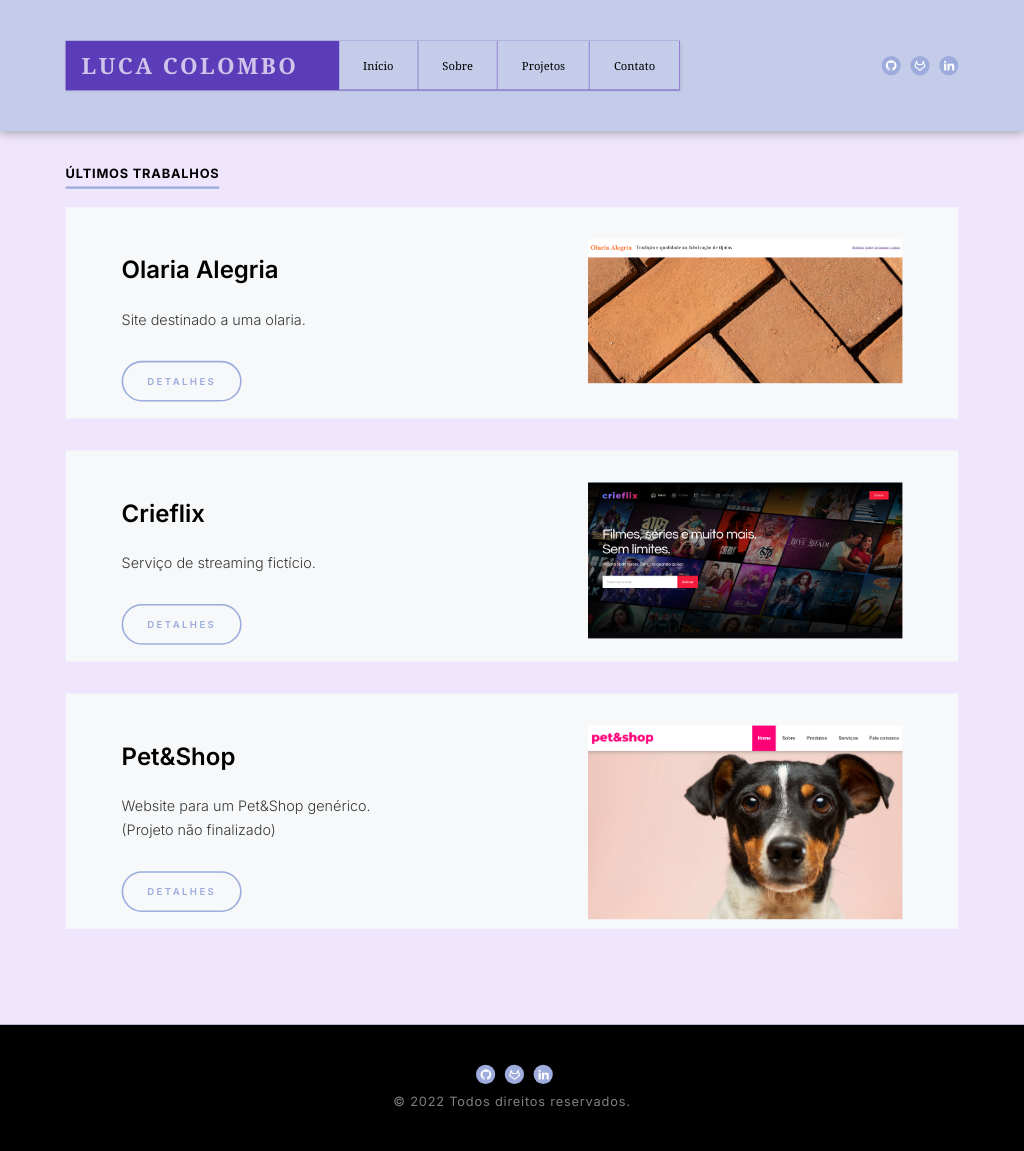
Repository: lxcxcxlxmb/portfolio
Page: projetos.html
The author's editor kept a copy of each file at every save. The page is drawn from the files as they stood at one save, then again after the next save.
The browser window is 1280 px wide. The pictures show the whole page, at 80% of full size.

Above is the page before, as saved 2022-05-25 23:03:50.

### projetos.html
<!doctype html>
<html lang="pt-BR">

<head>
  <!-- Required meta tags -->
  <meta charset="utf-8">
  <meta name="viewport" content="width=device-width, initial-scale=1">
  <!-- Google Fots -->
  <link rel="preconnect" href="https://fonts.googleapis.com">
  <link rel="preconnect" href="https://fonts.gstatic.com" crossorigin>
  <link href="https://fonts.googleapis.com/css2?family=Inter:wght@100;200;300;400;500;600;700;800;900&display=swap"
    rel="stylesheet">
  <!-- Remixicon Icon -->
  <link href="https://cdn.jsdelivr.net/npm/remixicon@2.5.0/fonts/remixicon.css" rel="stylesheet">
  <!-- Remixicon Icon -->
  <!-- Bootstrap CSS -->
  <link href="https://cdn.jsdelivr.net/npm/bootstrap@5.0.2/dist/css/bootstrap.min.css" rel="stylesheet"
    integrity="sha384-EVSTQN3/azprG1Anm3QDgpJLIm9Nao0Yz1ztcQTwFspd3yD65VohhpuuCOmLASjC" crossorigin="anonymous">
  <link href="https://unpkg.com/aos@2.3.1/dist/aos.css" rel="stylesheet">
  <!-- Main CSS -->
  <link href="styles.css" rel="stylesheet">
  <link rel="stylesheet" href="reset.css">
  <link type="image/svg" sizes="16x16" rel="icon" href="euicon.png">

  <title>projetos</title>
</head>

<body>

  <!-- header -->
  <header class="ds-header" id="site-header">
    <div class="container">
      <div class="ds-header-inner">
        <!-- logo -->
        <a href="index.html" class="ds-logo">
          <span>L</span>Luca Colombo
        </a>
        <!-- logo -->
        <!--<div>
                <nav>
                    <ul>
                      <li class="ds-navbar"><a href="index.html" class="activ">Início</a></li>
                      <li class="ds-navbar"><a href="sobre.html" class="inactiv">Sobre</a></li>
                      <li class="ds-navbar"><a href="projetos.html" class="inactiv">Projetos</a></li>
                      <li class="ds-navbar"><a href="contato.html" class="inactiv">Fale comigo</a></li>
                    </ul>
                </nav>
            </div>-->
        <div class="header">
          <a href="index.html" class="logo">Luca Colombo</a>
          <input class="menu-btn" type="checkbox" id="menu-btn" />
          <label class="menu-icon" for="menu-btn"><span class="navicon"></span></label>
          <ul class="menu">
            <li><a href="index.html">Início</a></li>
            <li><a href="sobre.html">Sobre</a></li>
            <li><a href="projetos.html">Projetos</a></li>
            <li><a href="contato.html">Contato</a></li>
          </ul>
        </div>
        <!-- social -->
        <ul class="ds-social">
          <li><a href="https://github.com/lxcxcxlxmb" target="_blank"><i class="ri-github-fill"></i></a></li>
          <li><a href="https://gitlab.com/lxcxcxlxmbx" target="_blank"><i class="ri-gitlab-line"></i></a></li>
          <li><a href="https://www.linkedin.com/in/luca--colombo/" target="_blank"><i class="ri-linkedin-fill"></i></a>
          </li>
        </ul>
              <!-- social -->
      </div>
    </div>
  </header>
  <!--  Work -->
  <br>
  <br>
  <div class="ds-work-section">
    <div class="container">
      <h2 class="ds-headingproj">Últimos trabalhos</h2>
      <div class="ds-work-list-section">
        <div class="ds-work-list">
          <div class="row">
            <div class="col-12 col-sm-12 col-md-7 col-lg-7 col-xl-7 col-xxl-7">
              <section>
                <h3 class="ds-work-tilte">Olaria Alegria</h3>
                <p>Site destinado a uma olaria. </p>
                <a href="http://177.44.248.48/olaria/" class="ds-button">Detalhes</a>
                <br>
                <br>
              </section>
            </div>
            <div class="col-12 col-sm-12 col-md-5 col-lg-5 col-xl-5 col-xxl-5">
              <figure><img src="olaria.png"></figure>
            </div>
          </div>
        </div>
        <div class="ds-work-list">
          <div class="row">
            <div class="col-12 col-sm-12 col-md-7 col-lg-7 col-xl-7 col-xxl-7">
              <section>
                <h3 class="ds-work-tilte">Crieflix</h3>
                <p>Serviço de streaming fictício. </p>
                <a href="http://177.44.248.48/crieflix/" class="ds-button">Detalhes</a>
                <br>
                <br>
              </section>
            </div>
            <div class="col-12 col-sm-12 col-md-5 col-lg-5 col-xl-5 col-xxl-5">
              <figure><img src="crieflix.png"></figure>
            </div>
          </div>
        </div>
        <div class="ds-work-list">
          <div class="row">
            <div class="col-12 col-sm-12 col-md-7 col-lg-7 col-xl-7 col-xxl-7">
              <section>
                <h3 class="ds-work-tilte">Pet&Shop</h3>
                <p>Website para um Pet&Shop genérico.<br>(Projeto não finalizado)</p>
                <a href="http://177.44.248.48/petshop/" class="ds-button">detalhes</a>
                <br>
                <br>
              </section>
            </div>
            <div class="col-12 col-sm-12 col-md-5 col-lg-5 col-xl-5 col-xxl-5">
              <figure><img src="petshop.png"></figure>
            </div>
          </div>
        </div>
      </div>
    </div>
  </div>
  <!--  Work -->
  <footer class="ds-footer text-center">
    <div class="container">
      <section>
        <ul class="ds-social">
          <li><a href="https://github.com/lxcxcxlxmb" target="_blank"><i class="ri-github-fill"></i></a></li>
          <li><a href="https://gitlab.com/lxcxcxlxmbx" target="_blank"><i class="ri-gitlab-line"></i></a></li>
          <li><a href="https://www.linkedin.com/in/luca--colombo/" target="_blank"><i class="ri-linkedin-fill"></i></a>
          </li>
        </ul>
      </section>
      <span class="ds-copyright">© 2022 Todos direitos reservados.</span>
    </div>
  </footer>

</body>

</html>

### styles.css
/*
Theme Name: Jason Stroff

  1. >>> Headr Style
  2. >>> Banner Style
  3. >>> About Style
  4. >>> Skills Style
  5. >>> Experience Style
  6. >>> Work Style
  7. >>> Footer Style

*/
/*--------------------------------------------------------------
>>> TABLE OF CONTENTS:
----------------------------------------------------------------*/
html {
	font-family: 'Inter', sans-serif;
	background-color: #EFE5FD
}

body {
	font-family: 'Inter', sans-serif;
	overflow-x: hidden;
	background-color: #EFE5FD;
	font-weight: 400;
	font-style: normal;
	color: #373737;
	font-size: 14px
}

a,
a:hover,
a:focus,
i,
input,
button,
input:focus,
.transition {
	text-decoration: none;
	outline: none;
	transition-delay: 0s;
	transition-duration: 0.4s;
	transition-property: all;
	transition-timing-function: ease;
	box-shadow: none;
}

a {
	color: #000
}

iframe {
	border: 0;
	outline: none;
}

::-moz-selection {
	background: #000;
	text-shadow: none;
	color: #FFF
}

::selection {
	background: #000;
	text-shadow: none;
	color: #FFF
}

img {
	max-width: 100%;
	border: none;
	outline: none;
	height: auto;
}

input,
textarea {
	border-radius: 0;
	resize: none;
}

ul {
	padding: 0;
	margin: 0;
}

@font-face {
	font-family: 'Inter', sans-serif;
}

input:-webkit-autofill,
textarea:-webkit-autofill,
select:-webkit-autofill {
	background-color: transparent;
	background-image: none;
	color: #000;
}

/* 1.2 Typography */
h1,
h2,
h3,
h4,
h5,
h6 {
	font-family: 'Inter', sans-serif;
}

figure {
	margin: 0
}

svg,
img {
	max-width: 100%;
	height: auto;
}

/*-----------------------------------------------------------------
  1. >>> Headr Style
----------------------------------------------------------------*/
.ds-header {
	position: relative;
	top: 0;
	width: 100%;
	z-index: 5;
	background-color: #c4ccea;
	padding: 70px 0;
	transition-delay: 0s;
	transition-duration: 0.4s;
	transition-property: all;
	transition-timing-function: ease;
	box-shadow: 0 0 1em #858585;
	display: flex;
	align-items: center;
	justify-content: space-between;
}

.ds-header.ds-fixed-header {
	padding: 20px 0;
	box-shadow: 0px 0px 20px rgba(0, 0, 0, 0.25);
}

.ds-header-inner {
	display: flex;
	justify-content: space-between;
	align-items: center;
}

.logo {
	font-family:Georgia, 'Times New Roman', Times, serif;
	text-transform: uppercase;
	font-weight: bold;
	font-size: 18px;
	letter-spacing: 3px;
	color: #CFC4EA;
	display: flex;
	align-items: center;
	flex-wrap: nowrap;
}

.logo span {
	display: flex;
	align-items: center;
	justify-content: center;
	width: 40px;
	height: 40px;
	background-color: #000;
	border-radius: 4px;
	color: #FFF;
	font-size: 22px;
	font-weight: 600;
	text-align: center;
}

.logo:hover {
	color: #EBE6F5;
}

.ds-social {
	list-style: none;
	display: flex;
	align-items: center;
	flex-wrap: wrap;
}

.ds-social li {
	margin-left: 12px;
}

.ds-social li:first-child {
	margin-left: 0;
}

.ds-social li a {
	border-radius: 100%;
	color: #FFF;
	width: 24px;
	height: 24px;
	background-color: #9dacdc;
	display: flex;
	justify-content: center;
	align-items: center;
	text-align: center;
	font-size: 16px;
}

.ds-social li a:hover {
	background-color: #000;
	color: #FFF;
}

/*.ds-navbar {
	display: inline-block;
	color: #373737;
	font-size: 16px;
	padding: 10px 20px;
	background-color: #FFF;
	margin-right: 15px;
	margin-bottom: 15px;
	margin-top: 15px;
	font-weight: 500;
}*/


.header {
	background-color: #5C3DB9;
	box-shadow: 1px 1px 4px 0 rgba(0,0,0,.1);
	position: absolute;
	align-items: center;
	vertical-align: middle;
	width: 60%;
	z-index: 3;
  }

  .header ul {
	margin: 0;
	padding: 0;
	font-family:Georgia, 'Times New Roman', Times, serif;
	list-style: none;
	overflow: hidden;
	background-color: #c4ccea;
  }

  .header li a {
	display: block;
	padding: 20px 20px;
	border-right: 1px solid #876FC8;
	text-decoration: none;
  }

  .header li a:hover,
  .header .menu-btn:hover {
	background-color: #876FC8;
	color: #9dacdc;
  }

  .header .logo {
	display: block;
	float: left;
	font-size: 2em;
	padding: 10px 20px;
	text-decoration: none;
  }

  /* menu */

  .header .menu {
	clear: both;
	max-height: 0;
	transition: max-height .2s ease-out;
  }

  /* menu icon */

  .header .menu-icon {
	cursor: pointer;
	display: inline-block;
	float: right;
	padding: 28px 20px;
	position: relative;
	user-select: none;
  }

  .header .menu-icon .navicon {
	background: #333;
	display: block;
	height: 2px;
	position: relative;
	transition: background .2s ease-out;
	width: 18px;
  }

  .header .menu-icon .navicon:before,
  .header .menu-icon .navicon:after {
	background: #333;
	content: '';
	display: block;
	height: 100%;
	position: absolute;
	transition: all .2s ease-out;
	width: 100%;
  }

  .header .menu-icon .navicon:before {
	top: 5px;
  }

  .header .menu-icon .navicon:after {
	top: -5px;
  }

  /* menu btn */

  .header .menu-btn {
	display: none;
  }

  .header .menu-btn:checked ~ .menu {
	max-height: 240px;
  }

  .header .menu-btn:checked ~ .menu-icon .navicon {
	background: transparent;
  }

  .header .menu-btn:checked ~ .menu-icon .navicon:before {
	transform: rotate(-45deg);
  }

  .header .menu-btn:checked ~ .menu-icon .navicon:after {
	transform: rotate(45deg);
  }

  .header .menu-btn:checked ~ .menu-icon:not(.steps) .navicon:before,
  .header .menu-btn:checked ~ .menu-icon:not(.steps) .navicon:after {
	top: 0;
  }

  /* 48em = 768px */

  @media (min-width: 48em) {
	.header li {
	  float: left;
	}
	.header li a {
	  padding: 20px 30px;
	}
	.header .menu {
	  clear: none;
	  float: right;
	  max-height: none;
	}
	.header .menu-icon {
	  display: none;
	}
  }

/*-----------------------------------------------------------------
  2. >>> Banner Style
----------------------------------------------------------------*/
.ds-banner section {
	padding-left: 70px;
	padding-right: 00px;
}

.ds-banner section h1 span {
	display: block;
	text-transform: uppercase;
	letter-spacing: 1px;
	font-weight: 500;
	font-size: 16px;
	padding-top: 30px;
}

.ds-banner section h1 {
	font-weight: 600;
	font-size: 48px;
	line-height: 60px;
	color: #000;
}

.ds-numbervalulist {
	list-style: none;
	display: flex;
	align-items: center;
	flex-wrap: wrap;
	margin: 0;
	padding: 0;
	margin-top: 60px;
}

.ds-numbervalulist li {
	margin-right: 60px;
}

.ds-numbervalulist li:last-child {
	margin-right: 0;
}

.ds-numbervalulist strong {
	display: block;
	color: #c4ccea;
	font-size: 36px;
	font-weight: 800;
}

.ds-numbervalulist span {
	font-size: 16px;
	letter-spacing: 1px;
}

/*-----------------------------------------------------------------
  3. >>> About Style
----------------------------------------------------------------*/
.ds-about-section {
	padding-top: 60px;
	padding-bottom: 0px;
}

.ds-heading {
	display: inline-block;
	font-weight: 700;
	color: #000;
	text-transform: uppercase;
	letter-spacing: 1px;
	font-size: 16px;
	border-bottom: 3px solid #9dacdc;
	padding-bottom: 7px;
	margin-bottom: 23px;
}

.ds-headingproj {
	display: inline-block;
	font-weight: 700;
	color: #000;
	text-transform: uppercase;
	letter-spacing: 1px;
	font-size: 16px;
	border-bottom: 3px solid #9dacdc;
	padding-bottom: 7px;
	margin-bottom: 23px;
}

.ds-about-section p {
	color: #373737;
	font-size: 24px;
	line-height: 40px;
	font-weight: 300;
	margin-bottom: 60px;
}

.ds-button {
	display: inline-block;
	text-transform: uppercase;
	font-size: 12px;
	line-height: 13px;
	font-weight: 600;
	letter-spacing: 3px;
	color: #9dacdc;
	padding: 17px 30px;
	border: 2px solid #9dacdc;
	border-radius: 60px;
}

.ds-button:hover {
	background-color: #9dacdc;
	color: #FFF;
}

.ds-arrow-button i {
	display: inline-block;
	vertical-align: middle;
}

/*-----------------------------------------------------------------
  4. >>> Skills Style
----------------------------------------------------------------*/
.ds-skills-section {
	padding-bottom: 105px;
}

.ds-skills-list {
	list-style: none;
	padding: 0;
	margin: 0;
	display: flex;
	flex-wrap: wrap;
	align-items: center;
	margin-top: 11px;
}

.ds-skills-list li {
	display: inline-block;
	color: #373737;
	font-size: 16px;
	padding: 10px 20px;
	background-color: #CFC4EA;
	border: 1px solid #D7D7D7;
	border-radius: 27px;
	margin-right: 15px;
	margin-bottom: 15px;
	font-weight: 500;
}

/*-----------------------------------------------------------------
  5. >>> Experience Style
----------------------------------------------------------------*/
.ds-experience-section {
	padding-bottom: 120px;
}

.ds-experience-list section {
	padding-right: 70px;
}

.ds-experience-list {
	padding-top: 15px;
}

.ds-officename {
	font-size: 24px;
	font-weight: 300;
	margin-bottom: 10px;
}

.ds-experience-list span {
	display: block;
}

span.ds-year {
	color: #373737;
	font-size: 14px;
	font-weight: 700;
	padding-bottom: 10px;
}

span.ds-department {
	color: #373737;
	font-weight: 500;
	font-size: 18px;
	padding-bottom: 30px;
}

.ds-experience-list p {
	font-size: 16px;
	line-height: 24px;
	font-weight: 300;
}

.ds-experience-list ul {
	list-style: none;
	padding: 0;
	margin: 0;
	padding-top: 10px;
}

.ds-experience-list ul li {
	font-size: 16px;
	line-height: 24px;
	font-weight: 300;
	padding-left: 28px;
	position: relative;
	margin-bottom: 20px;
}

.ds-experience-list ul li:before {
	content: "";
	position: absolute;
	left: 0;
	top: 10px;
	border-radius: 100%;
	width: 8px;
	height: 8px;
	background-color: #373737;
}

/*-----------------------------------------------------------------
  6. >>> Work Style
----------------------------------------------------------------*/
.ds-work-section {
	padding-bottom: 80px;
}

.ds-work-list {
	padding-left: 70px;
	padding-top: 40px;
	padding-right: 70px;
	background-color: #F6F8FA;
	margin-bottom: 40px;
}

.ds-work-list section {
	padding-top: 20px;
	padding-right: 120px;
}

.ds-work-tilte {
	color: #000;
	font-size: 30px;
	line-height: 36px;
	font-weight: 600;
	margin-bottom: 30px;
}

.ds-work-list p {
	font-weight: 300;
	font-size: 18px;
	line-height: 30px;
}

.ds-work-list .ds-button {
	margin-top: 20px;
}

.ds-work-det-hed {
	padding-top: 42px;
	padding-bottom: 80px;
}

.ds-work-det-title {
	font-weight: 600;
	color: #000;
	font-size: 48px;
	margin-bottom: 20px;
}

.ds-work-det-dep {
	display: block;
	font-weight: 600;
	color: #000;
	font-size: 18px;
}

.ds-work-content-sec {
	padding: 100px 0;
}

.ds-work-content-sec p {
	font-size: 18px;
	line-height: 36px;
	margin-bottom: 30px;
}

.ds-work-content-sec h2 {
	font-size: 30px;
	font-weight: 700;
	margin-bottom: 30px;
}

.ds-work-content-sec ul {
	list-style: none;
	padding: 0;
	margin: 0;
}

.ds-work-content-sec li {
	font-size: 18px;
	line-height: 36px;
	padding-left: 28px;
	position: relative;
	margin-bottom: 20px;
}

.ds-work-content-sec li:before {
	content: "";
	position: absolute;
	left: 0;
	top: 13px;
	border-radius: 100%;
	width: 8px;
	height: 8px;
	background-color: #373737;
}

/*-----------------------------------------------------------------
  7. >>> Footer Style
----------------------------------------------------------------*/
.ds-footer {
	background-color: #000;
	padding: 50px 0;
}

.ds-footer section {
	padding-bottom: 10px;
}

.ds-footer section span {
	color: rgba(255, 255, 255, 0.5);
	text-transform: uppercase;
	font-weight: 700;
	font-size: 16px;
	letter-spacing: 1px;
	display: block;
	padding-bottom: 20px;
}

.ds-footer section h4 {
	color: #FFF;
	font-size: 48px;
	font-weight: 700;
}

.ds-footer section p {
	letter-spacing: 1.13px;
	color: #FFF;
	font-size: 18px;
	margin-bottom: 40px;
}

.ds-footer ul {
	margin-left: 46%;
}

.ds-copyright {
	color: rgba(255, 255, 255, 0.5);
	letter-spacing: 1px;
	font-size: 16px;
}

.ds-copyright a {
	color: rgba(255, 255, 255, 0.5);
}

.ds-copyright a:hover {
	color: #9dacdc;
}



/*-------------------------------------------------------------------------------
 Responsive XS Style @media (max-width: 767px)
-------------------------------------------------------------------------------*/
@media (max-width: 768px) {

	.ds-header,
	.ds-header.ds-fixed-header {
		padding: 15px 0;
	}

	.ds-banner,
	.ds-about-section,
	.ds-skills-section,
	.ds-experience-section,
	.ds-work-section,
	.ds-work-details-section {
		padding-left: 10px;
		padding-right: 10px;
	}

	/*.ds-logo {
		font-size: 0;
	}*/

	.ds-banner figure {
		padding: 30px 0;
	}

	.ds-banner section {
		padding-left: 0;
		padding-right: 0;
	}

	.ds-banner section h1 span {
		padding-bottom: 0;
	}

	.ds-banner section h1,
	.ds-work-det-title {
		font-size: 30px;
		line-height: 40px;
	}

	.ds-numbervalulist {
		margin-top: 20px;
	}

	.ds-numbervalulist li {
		margin-right: 30px;
	}

	.ds-numbervalulist strong {
		font-size: 30px;
	}

	.ds-numbervalulist span {
		font-size: 14px;
	}

	.ds-about-section {
		padding-bottom: 60px;
	}

	.ds-about-section p,
	.ds-work-content-sec p,
	.ds-work-content-sec li {
		font-size: 15px;
		line-height: 30px;
		margin-bottom: 0px;
	}

	.ds-skills-list li {
		margin-right: 10px;
		margin-bottom: 10px;
		font-size: 14px;
	}

	.ds-skills-section .col-12,
	.ds-experience-list .col-12 {
		margin-bottom: 40px;
	}

	.ds-skills-section,
	.ds-work-section,
	.ds-experience-section {
		padding-bottom: 0;
	}

	.ds-experience-list section {
		padding-right: 0;
	}

	.ds-work-list {
		padding: 30px;
	}

	.ds-work-list p {
		font-size: 15px;
		line-height: 30px;
	}

	.ds-footer {
		padding: 60px 10px;
	}

	.ds-footer section h4 {
		font-size: 40px;
	}

	.ds-copyright {
		font-size: 14px;
	}

	.ds-footer section {
		padding-bottom: 30px;
	}

	.ds-footer ul {
		margin-left: 36%;
	}

	.ds-button {
		padding: 11px 10px;
	}

	.ds-work-details-section {
		padding-top: 30px;
	}

	.ds-work-det-title {
		margin-bottom: 7px;
	}

	.ds-work-content-sec h2 {
		font-size: 20px;
	}

	.ds-work-content-sec {
		padding: 30px 0;
	}

	.ds-work-list section {
		padding-right: 0;
		padding-bottom: 30px;
	}

	.ds-headingproj {
		margin-top: 30px;
	}
}

@media (min-width: 768px) and (max-width: 991px) {
	.ds-work-list section {
		padding-right: 30px;
	}

}

@media (min-width: 992px) and (max-width: 1199px) {
	.ds-banner section {
		padding-right: 0;
	}

	.ds-work-list section {
		padding-right: 30px;
		padding-bottom: 60px;
	}


}


form {
    margin-left:50px;
    margin-right: 50px;
  }

.form-item {
	box-sizing: border-box;
	width: 100%;
	min-height: 30px;
	margin-bottom: 20px;
	border-radius: 5px;
	opacity: 50%;
	border-width: 1px;
}

input:focus {
    outline: none;
      border: 2px solid #9dacdc;
  }

  .link a:hover {
	color: #9dacdc;
}

### reset.css
/*
html, body, div, span, applet, object, iframe,
h1, h2, h3, h4, h5, h6, p, blockquote, pre,
a, abbr, acronym, address, big, cite, code,
del, dfn, em, img, ins, kbd, q, s, samp,
small, strike, strong, sub, sup, tt, var,
b, u, i, center,
dl, dt, dd, ol, ul, li,
fieldset, form, label, legend,
table, caption, tbody, tfoot, thead, tr, th, td,
article, aside, canvas, details, embed,
figure, figcaption, footer, header, hgroup,
menu, nav, output, ruby, section, summary,
time, mark, audio, video {
	margin: 0;
	padding: 0;
	border: 0;
	font-size: 100%;
	font: inherit;
	vertical-align: baseline;
}
/* HTML5 display-role reset for older browsers */
/*
article, aside, details, figcaption, figure,
footer, header, hgroup, menu, nav, section {
	display: block;
}
body {
	line-height: 1;
}
ol, ul {
	list-style: none;
}
blockquote, q {
	quotes: none;
}
blockquote:before, blockquote:after,
q:before, q:after {
	content: '';
	content: none;
}
table {
	border-collapse: collapse;
	border-spacing: 0;
}*/

After the next save:
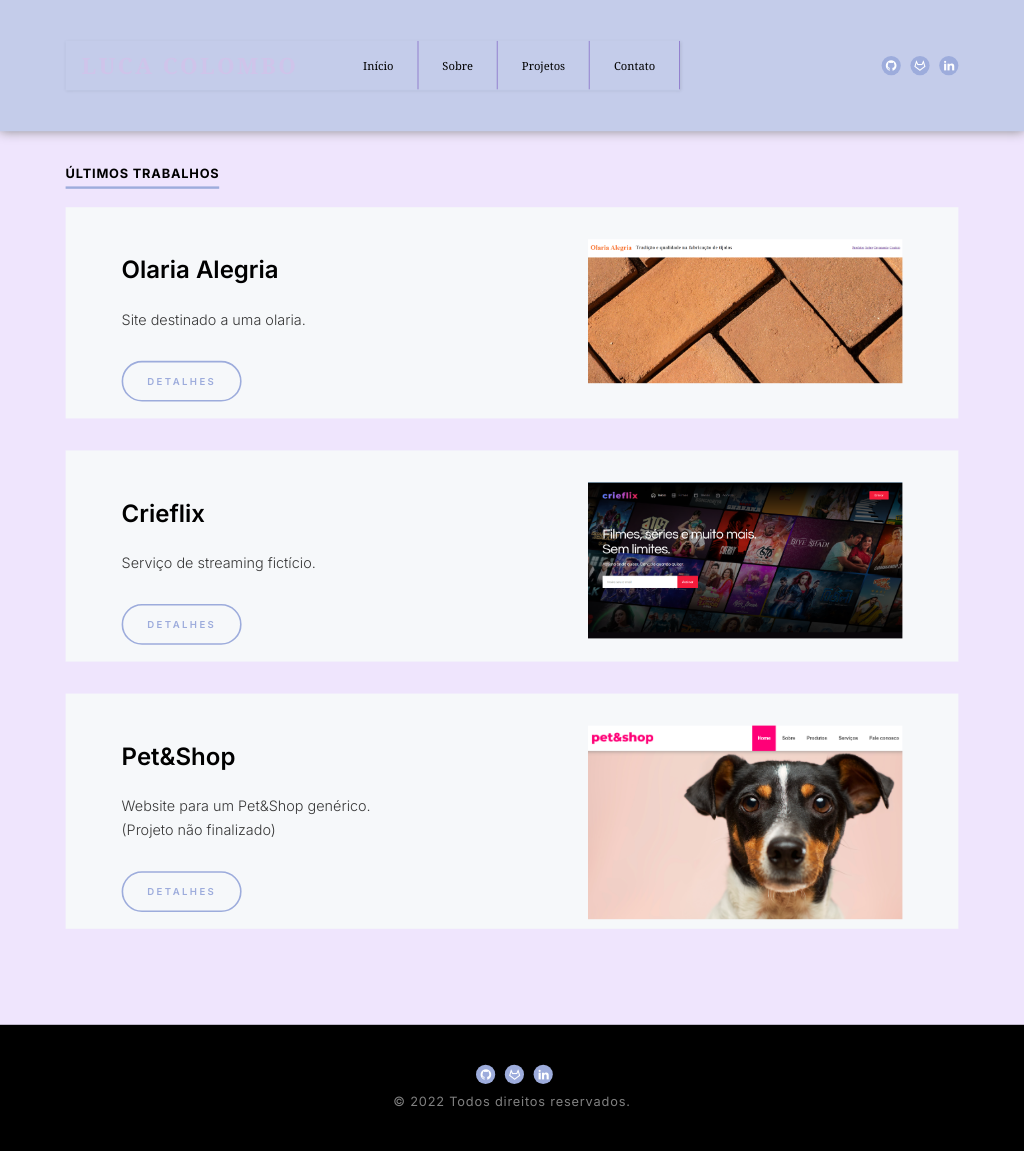
Saved 54 s later.
--- a/styles.css
+++ b/styles.css
@@ -224,7 +224,7 @@ img {
 
 
 .header {
-	background-color: #5C3DB9;
+	background-color: #c4ccea;
 	box-shadow: 1px 1px 4px 0 rgba(0,0,0,.1);
 	position: absolute;
 	align-items: center;
